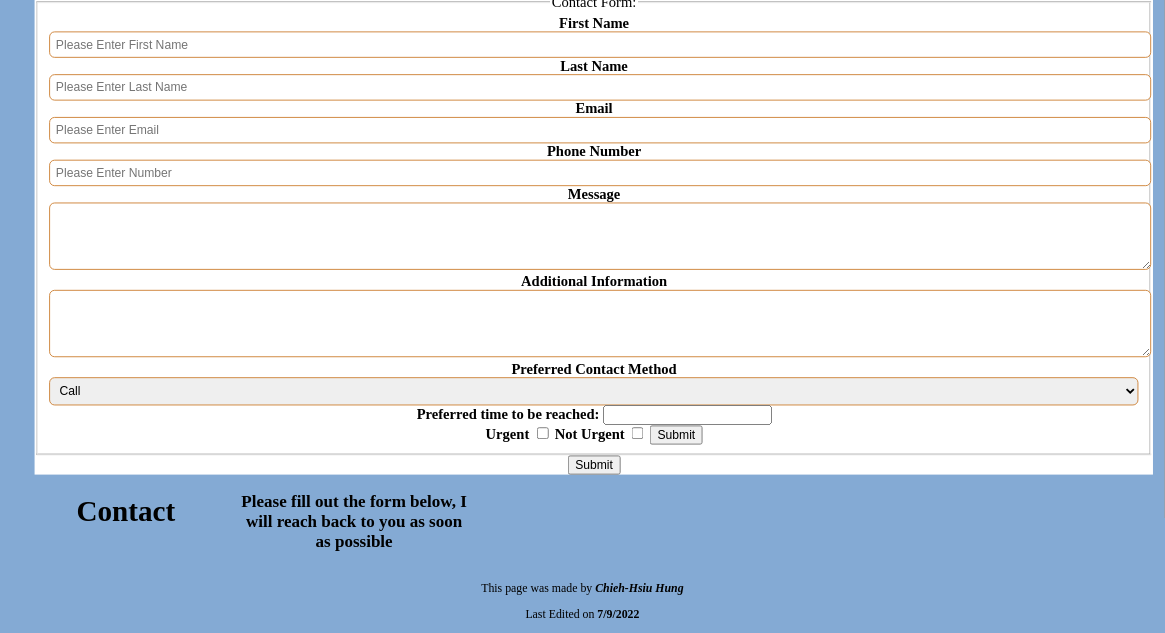
Repository: Chieh0501/fa22-cse110-lab3
Page: contacts.html
These files come from the project's save history. The page is drawn as it stood at one moment and after the next save; the edit follows.
The browser window is 1280 px wide. The pictures show the part of the page from y = 828 to 1949 px (the page is 1524 px tall before and 1949 px after), at 91% of full size.
A picture or video elsewhere on the page could not be fetched, so the positions and the page height are approximate.

Above is the page before, as saved 2022-10-13 04:40:52.

### contacts.html
<!DOCTYPE html>
<html lang="en">

<head>
	<meta charset="utf-8" />
	<meta name="description" content="Team 2 Meeting Notes" />
	<meta name="keywords" content="HTML, CSS, JavaScript" />
	<meta name="author" content="Chieh-Hsiu Hung" />
	<meta name="viewport" content="width=device-width, initial-scale=1.0" />
	<title>Team 2 Meeting Notes</title>
	<link href="images/favicons/favicon.ico" rel="icon" />
	<link href="styles/main.css" rel="stylesheet" />
	<!-- <script>
		window.addEventListener('load', function () {
			let time = window.performance.timing,
				complete = time.domComplete - time.domLoading;
			document.getElementById('page-load-info').innerHTML = `<strong>Page Loaded in ${parseInt(complete)}ms
			 on ${new Date().toLocaleString("en-US")}</strong>`;
		});
	</script> -->

</head>
<body>
	<header>
        <img src="images/demo-logo.png" alt="Demo Team Logo">
        <hr />
        <nav>
            <a href="index.html">Home</a>
            <a href="images.html">Diagrams/Pictures</a>
            <a href="multimedia.html">Audio/Video Backup</a>
            <a href="questions.html">Question Board</a>
            <a href="contacts.html">Contact Me</a>
        </nav>
    </header>
	<main class="contact_main">
		<h1>Contact</h1>
		<h3>Please fill out the form below, I will reach back to you as soon as possible</h3>
		<div class="contactform">
			<form>
				<fieldset>
					<legend>Contact Form:</legend>
					<label for="first_name">First Name</label>
					<input type="text" id="first_name" placeholder="Please Enter First Name">
					<label for="last_name">Last Name</label>
					<input type="text" id="last_name" placeholder="Please Enter Last Name">
					<br/>
					<label for="email">Email</label>
					<input type="text" id="email" placeholder="Please Enter Email">
					<br/>
					<label for="phone">Phone Number</label>
					<input type="text" id="phone" placeholder="Please Enter Number">
					<br/>
					<label for="message">Message</label>
					<br/>
					<textarea id="message" name="message" rows="4" cols="50"></textarea>
					<br/>
					<label for="add_info">Additional Information</label>
					<br/>
					<textarea id="add_info" name="add_info" rows="4" cols="50"></textarea>
					<br/>
					<label for="contact_method">Preferred Contact Method</label>
					<select  name="contact_method" id="contact_method">
						<optgroup label="Contact Method">
						<option value="Call">Call</option>
						<option value="Texting">Text</option>
						<option value="mail">Email</option>
						</optgroup>
					</select>
					<br />
					<label for="time_preferred">Preferred time to be reached:</label>
					<input list="times_preferred" name="time_preferred" id="time_preferred">
					<datalist id="times_preferred">
						<option value="9:00-12:00">
						<option value="2:00-5:00">
						<option value="7:00-9:00">
						<option value="No preference">
					</datalist>
					<br />
					<label for="urgent">Urgent</label>
					<input type="checkbox" id="urgent" name="urgent" value="Urgent">
					<label for="nurgent">Not Urgent</label>
					<input type="checkbox" id="nurgent" name = "nurgent" value="Not Urgent">
					<input type="submit">
				</fieldset>
				<button type="button" onclick="alert('Submitted')">Submit</button>
			</form>
		</div>
	</main>
	<footer>
		<hr/>
		<p>This page was made by <i><b>Chieh-Hsiu Hung</b></i></p>
		<p>Last Edited on <strong>7/9/2022</strong></p>
	</footer>
</body>

</html>

### styles/main.css
/* main.css */

html,

:root {
  --vw-lg: 1920px;
  --vw-md: 1366px;
  --vw-sm: 600px;
  --primary-color: #84aad4;
  --secondary-color: white;
  --accent-color-1: #CD7F32;
  --accent-color-2: #969696;
  --accent-color-3: hsl(150deg 30% 60%);
}

body {
  background-color: var(--primary-color);
  display: block;
  margin: 0;
  padding-top: 0;
  padding-bottom: 0;
  padding-left: 0;
  padding-right: 0;
}
@font-face {
  font-family: "Lato";
  font-style: normal;
  font-weight: 400;
  src: url("../fonts/Lato/Lato-Regular.ttf") format("truetype");
}
@font-face {
  font-family: "Lato";
  font-weight: bold;
  font-weight: 400;
  src: url("../fonts/Lato/Lato-Bold.ttf") format("truetype");
}
@font-face {
  font-family: "Lato";
  font-style: italic;
  font-weight: 400;
  src: url("../fonts/Lato/Lato-Italic.ttf") format("truetype");
}
.grid main{
  display: grid;
}

/****** header ******/

header {
  display:grid;
  grid-template-columns: repeat(6, 1fr);
  gap: 1rem;
  text-align: center;
  padding: 20px 0;
  font-family: "Lato", bold;
  background: var(--accent-color-1);
}

#logo {
  margin-left: 1vw;
  float: left;
  height: 3vw;
}
/******* NavBar *******/
.navBar {
  grid-column: 2 / span 4;
  position: relative;
  overflow: hidden;
  margin-top: 50px;
}
.navBar > a{
  float: none;
  color: #ffffff;
  text-align: center;
  padding: 15px 15px;
  text-decoration: none;
  font-size: 20px;
}
.navBar a:hover{
  text-decoration: underline;
}
.navBar a:visited{
  color: #000000;
}
/****** general **********/
section h2{
  font-size: 1.5vw;
}
hr {
  display: none;
}

/****** home content ******/
#home_main {
  display:grid;
  margin: 1vw;
  grid-template-columns: repeat(4, 1fr);
  grid-template-rows: repeat(2, 1fr);
  text-align: center;
}
.title {
  display:flex;
  flex-direction: column;
  margin: 1vw;
  text-align: center;
}
.title h1{
  float:initial;
  font-size: 2vw;
}
.title h2{
  float:initial;
  font-size: 1.5vw;
}

.attendance{
  grid-row: 1;
  grid-column: 2;
}
.attendance ul{
  background-color: var(--accent-color-1);
  border: 8px double black;
  border-radius: 0.25pc;
  margin: 0 auto;
  padding: 15pt;
  text-align: left;
}
.brainstorming #subtitle{
  font-weight: bold;
  font-size: 1vw;
}
.brainstorming ol{
  background-color: var(--accent-color-1);
  border: 8px double black;
  border-radius: 4px;
  margin: 1vw;
  padding: 20px;
  text-align: left;
}

ul li {
  margin: 5px;
  font-weight: bold;
}
ol li {
  margin: 5px;
  font-weight: bold;
}
.urgent p{
  color: rgb(219, 0, 0);
  font-size: 2vw;
  font-weight: bold;
}
.last_meeting ul{
  background-color: var(--accent-color-1);
  border: 8px double black;
  border-radius: 0.25pc;
  margin: 0 auto;
  padding: 15pt;
  text-align: left;
}
.new_topics ul{
  background-color: var(--accent-color-1);
  border: 8px double black;
  border-radius: 0.25pc;
  margin: 0 auto;
  padding: 15pt;
  text-align: left;
}
.summation p{
  background-color: var(--accent-color-1);
  border: 8px double black;
  border-radius: 0.25pc;
  margin: 0 auto;
  padding: 15pt;
  text-align: left;
  font-weight: bold;
}

/****** Contact Form *******/
.contact_main{
  display:grid;
  margin: 1vw;
  grid-template-columns: repeat(5, 1fr);
  grid-template-rows: repeat(1, 1fr);
  text-align: center;
}
.contactform{
  position: relative;
  grid-row: 1;
  background-color: var(--secondary-color);
  margin-left: 2vw;
  grid-column: 2 / span 3;
  height: auto;
}
.contactform label{
  position: relative;
  font-weight: bold;
}
.contactform input[type = text], select, textarea{
  width: 100%;
  padding: 6px;
  grid-column: 2 / span 2;
  border: 1px solid var(--accent-color-1);
  border-radius: 6px;
  resize: vertical;
}
/***** Button *******/
.button{
  display: inline-block;
  width: fit-content;
  height: fit-content;
  padding: 1vw 2vw;
  text-align: center;
  text-decoration: none;
  color: var(--primary-color);
  background-color: var(--accent-color-1);
  border-radius: 8px;
  outline: none;
}
.button:hover{
  text-decoration: underline;
  color:azure;
  background-color: #969696;
}
@media screen and (max-width: 800px){
  #index_main{
    display:grid;
    margin-left: 1vw;
    margin-right: 1vw;
    grid-template-columns: repeat(6, 1fr);
    grid-template-rows: repeat(6, 1fr);
    text-align: center;
  }
  main.main2{
    display:grid;
    margin-left: 1vw;
    margin-right: 1vw;
    grid-template-columns: 1fr;
    grid-template-rows: repeat(4, 1fr);
    text-align: center;
  }
  #contact_frame{
    width: 100%;
    margin-left: 1vw;
    grid-column: 1;
    grid-row: 3;
  }
  .navBar a{
    float: none;
    display: none;
  }

  .title{
    display:none;
  }
  .short_title{
    display: block;
    grid-row: 1 / span 3;
    grid-column: 2 / span 4;
    font-size: 6vw;
  }
  img{
    width: 80vw;
  }
  #hamburger{
    display: block;
  }
  #hamburger input{
    display: block;
  }
  .contactform{
    grid-column: 1;
  }
  #notice{
    display: none;
  }
  .button{
    width: 60vw;
    height: 20vw;
  }
  #Contact_Button{
    grid-row: 3 / span 2;
    grid-column: 2 / span 6;
  }
  #download_resume{
    grid-row: 6 / span 2;
    grid-column: 2 / span 6;
  }
  img#logo {
    width: 40vw;
    height: 16vw;
  }
}
@media screen and (max-width: 1366px) {
  main{
    display:grid;
    margin-left: 1vw;
    margin-right: 1vw;
    grid-template-columns: 1fr;
    grid-template-rows: repeat(3, 1fr);
    text-align: center;
  }
  #index_main{
    display:grid;
    margin-left: 1vw;
    margin-right: 1vw;
    grid-template-columns: repeat(6, 1fr);
    grid-template-rows: repeat(6, 1fr);
    text-align: center;
  }
  .title{
    display:none;
  }
  .short_title{
    display: block;
    grid-row: 1 / span 3;
    grid-column: 2 / span 4;
    font-size: 6vw;
  }
  main.main2{
    display:grid;
    margin-left: 1vw;
    margin-right: 1vw;
    grid-template-columns: repeat(2, 1fr);
    grid-template-rows: repeat(2, 1fr);
    text-align: center;
  }
  main.about_main{
    display:grid;
    margin-left: 1vw;
    margin-right: 1vw;
    grid-template-columns: 1fr;
    grid-template-rows: repeat(4, 1fr);
    text-align: center;
  }
  section#diving{
    grid-row: 1;
    grid-column: 1;
  }
  section#sailing{
    grid-row: 2;
    grid-column: 1;
  }
  video{
    width: 80vw;
  }
  img{
    width: 80vw;
  }
  section#snowboarding{
    grid-row: 3;
    grid-column: 1;
  }
  section#songs{
    grid-row:4;
    grid-column: 1;
  }
  .contactform{
    grid-column: 1/ span 6;
  }
  #notice{
    display: none;
    font-variant:small-caps;
  }
  #contact_frame{
    margin-left: 1vw;
    grid-column: 1;
    grid-row: 3;
  }
  .title2{
    width: 30vw;
    grid-column: 2;
    grid-row: 1 / span 2;
  }
  #clock{
    grid-column: 1;
    grid-row: 1;
  }
  h1.project{
    align-self: center;
    grid-row: 1;
    grid-column: 1;
  }
  img#logo {
    width: 20vw;
    height: 8vw;
  }
}
/* a:link { color: #3366BB; }
a:visited { color: #663366 }
a:visited:hover { color: #0b0080; }
a:hover { color: gray; }
a:active { background-color: yellow; border: 4px solid red;} */


/****** footer ******/
footer {
  font-size: small;
  text-align: center;
}

After the next save:
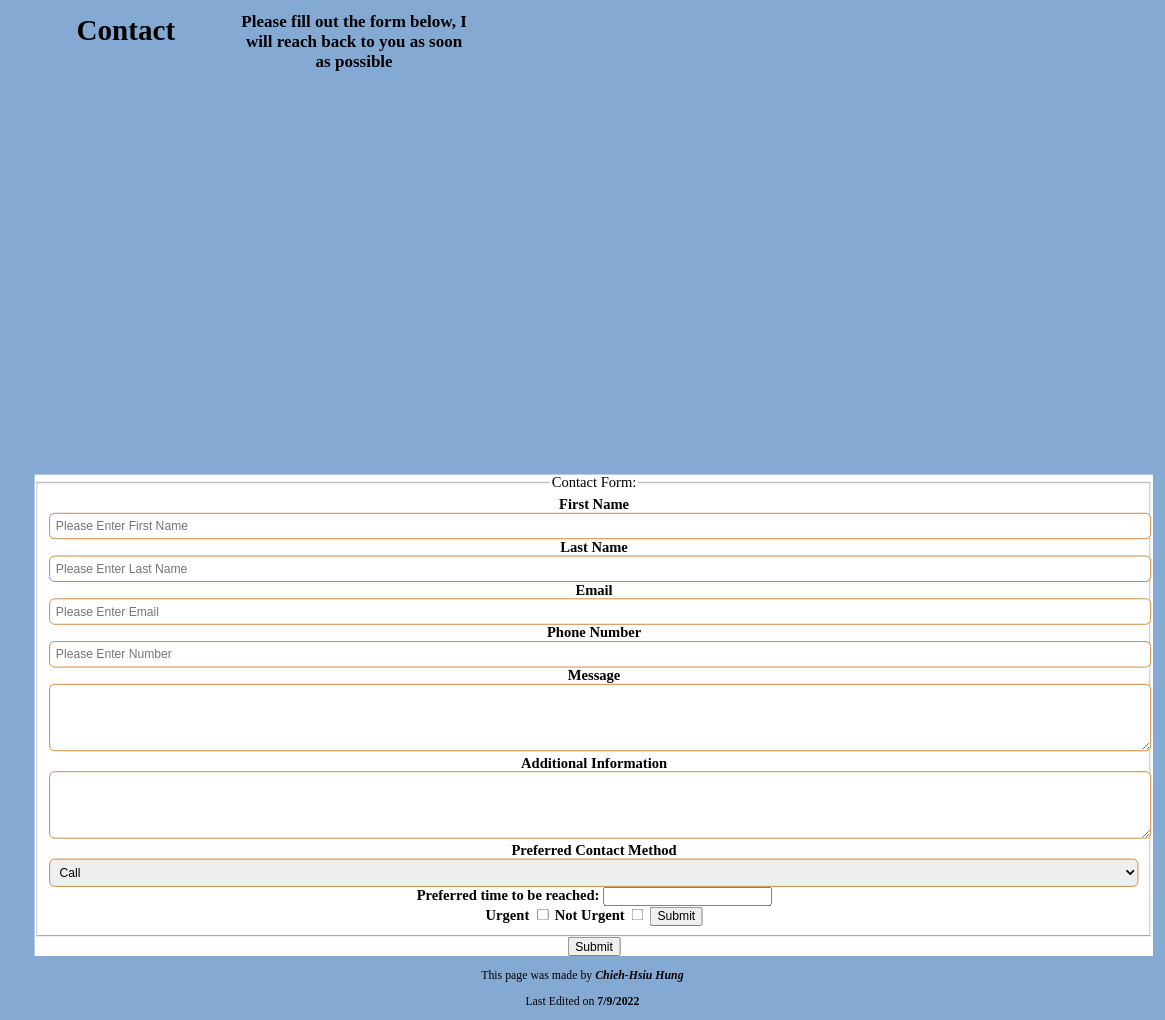
Saved 12 s later.
--- a/styles/main.css
+++ b/styles/main.css
@@ -182,12 +182,12 @@
   display:grid;
   margin: 1vw;
   grid-template-columns: repeat(5, 1fr);
-  grid-template-rows: repeat(1, 1fr);
+  grid-template-rows: repeat(2, 1fr);
   text-align: center;
 }
 .contactform{
   position: relative;
-  grid-row: 1;
+  grid-row: 2;
   background-color: var(--secondary-color);
   margin-left: 2vw;
   grid-column: 2 / span 3;
